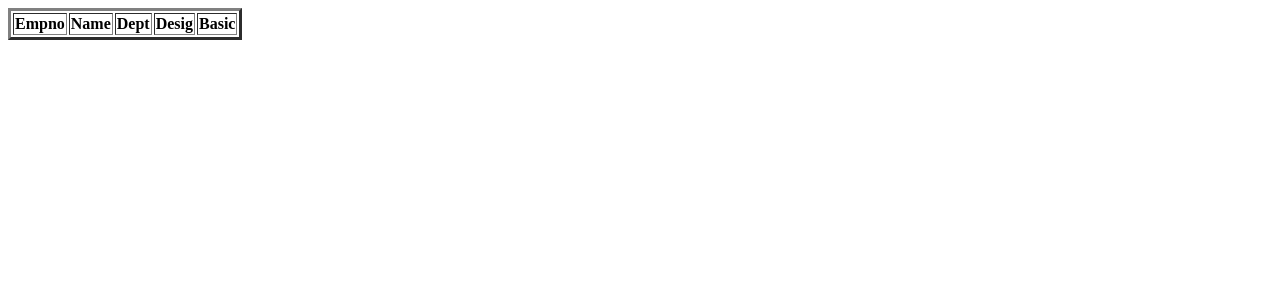
Repository: bindu2505/Mode1-Training
Page: http://localhost/employCrud/
These files come from the project's save history. The page is drawn as it stood at one moment and after the next save; the edit follows.
The browser window is 1280 px wide. The pictures show the whole page.
The page is served by Tomcat 9. Queries for data that is not in the repository find no rows.

Above is the page before, as saved 2019-08-21 06:50:48.

After the next save:
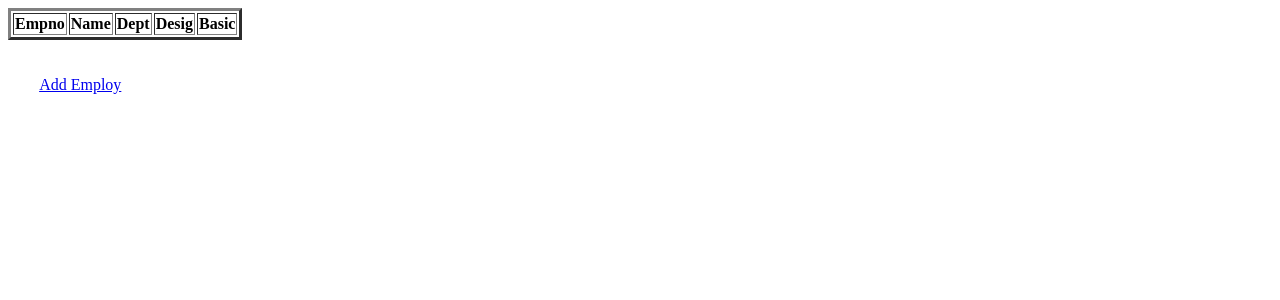
Saved 7 min 4 s later.
--- a/Day17/employCrud/WebContent/EmployShow.jsp
+++ b/Day17/employCrud/WebContent/EmployShow.jsp
@@ -37,6 +37,8 @@
 	<%
 		}
 	%>
-</table>
+</table><br/><br/>
+&nbsp;&nbsp;&nbsp;&nbsp;&nbsp;&nbsp;&nbsp;
+<a href="AddEmploy.jsp">Add Employ</a>
 </body>
 </html>
